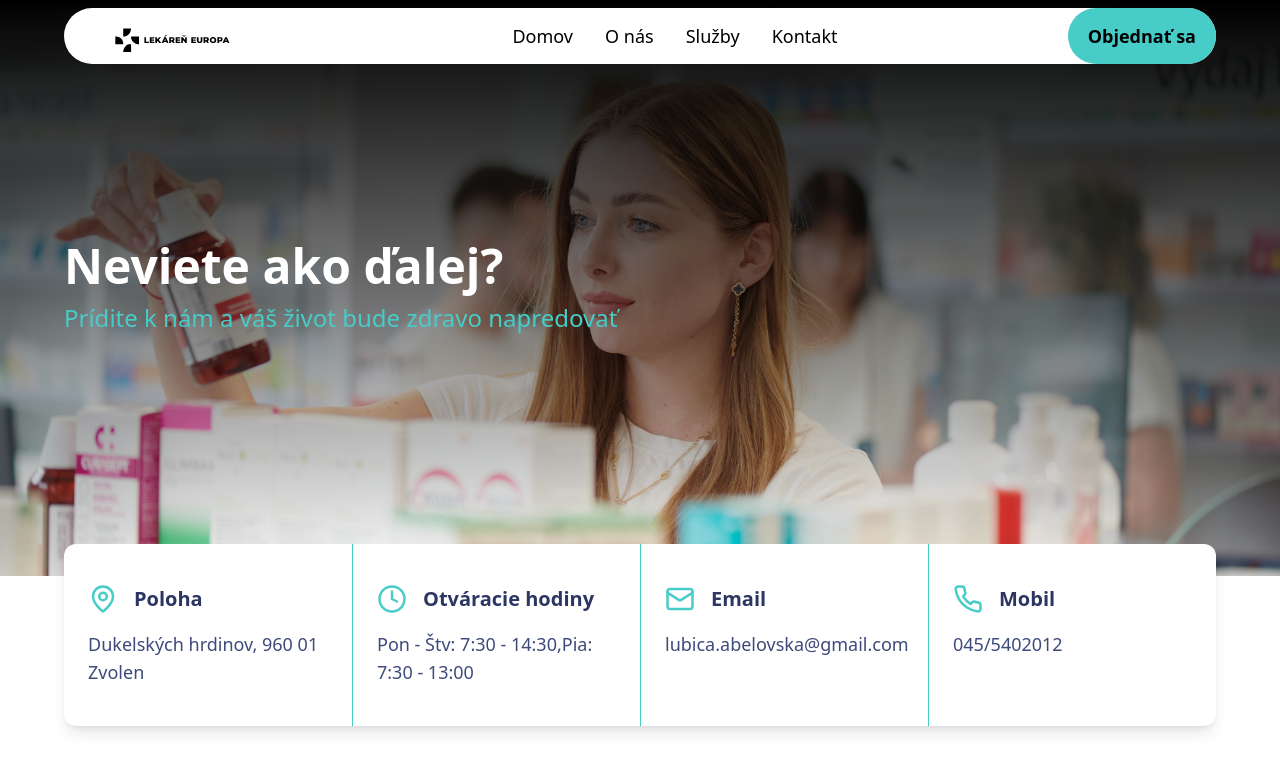
Repository: SimonSkoda13/Lekaren
Page: /
The author's editor kept a copy of each file at every save. The page is drawn from the files as they stood at one save, then again after the next save.
The browser window is 1280 px wide. The pictures show the whole page.
The project was rebuilt for these pictures with package versions that can differ from the ones it lists, and the page was loaded fresh each time. The framework's server and built-in components were replaced by stand-ins that run in the browser. Also part of the build but not shown: next.config.js.

Above is the page before, as saved 2023-04-22 19:28:16.

### src/app/layout.tsx
import { Header } from "./components/Header/Header";
import "./globals.css";
import { Poppins } from "next/font/google";

export const metadata = {
  title: "Create Next App",
  description: "Generated by create next app",
};

export default function RootLayout({
  children,
}: {
  children: React.ReactNode;
}) {
  return (
    <html lang="en">
      <body className="bg-white min-h-[100vh]">
        <Header />
        <main>{children}</main>
        <footer></footer>
      </body>
    </html>
  );
}

### src/app/page.tsx
import Image from "next/image";
import { Inter } from "next/font/google";
import { HomeHero } from "./components/HomeHero/HomeHero";
import { Contact } from "./components/Contact/Contact";
import { Phone, MapPin, Clock4, Mail } from "lucide-react";

const inter = Inter({ subsets: ["latin"] });

// page with

export default function Home() {
  return (
    <>
      <HomeHero
        title={"Neviete ako ďalej?"}
        image={"/homeBanner.jpg"}
        description={"Prídite k nám a váš život bude zdravo napredovať"}
      />
      <Contact
        items={[
          {
            title: "Poloha",
            link: "https://goo.gl/maps/L5p9gij7kJ6iXfnA9",
            description: "Dukelských hrdinov, 960 01 Zvolen",
            icon: <MapPin size={30} className="stroke-primary" />,
          },
          {
            title: "Otváracie hodiny",
            link: "https://goo.gl/maps/L5p9gij7kJ6iXfnA9",
            description: "Pon - Štv:  7:30 - 14:30,Pia: 7:30 - 13:00",
            icon: <Clock4 size={30} className="stroke-primary" />,
          },
          {
            title: "Email",
            link: "mailto:lubica.abelovska@gmail.com",
            description: "lubica.abelovska@gmail.com",
            icon: <Mail size={30} className="stroke-primary" />,
          },
          {
            title: "Mobil",
            description: "045/5402012",
            link: "tel:045/5402012",
            icon: <Phone size={30} className="stroke-primary" />,
          },
        ]}
      />
    </>
  );
}

### src/app/components/Header/Header.tsx
import Link from "next/link";
import React from "react";

export interface HeaderProps {}

export const Header = (props: HeaderProps) => {
  const {} = props;
  return (
    <header className="cntn fixed w-full top-2 z-10">
      <div className="flex bg-white rounded-full ">
        {/* logo */}
        <div className="flex justify-center items-center px-4">
          <Link href="/">
            <img src="/headerLogo.svg" alt="logo" className=" h-14" />
          </Link>
        </div>
        {/* nav */}
        <div className="py-2 px-4 flex gap-8 items-center mx-auto text-lg font-medium">
          <Link href="/">Domov</Link>
          <Link href="/onas">O nás</Link>
          <Link href="/sluzby">Služby</Link>
          <Link href="/kontakt">Kontakt</Link>
        </div>
        {/* button order self */}
        <div className="flex justify-center items-center px-5 p-0 bg-primary rounded-full text-lg font-bold">
          <Link href="/order">Objednať sa</Link>
        </div>
      </div>
    </header>
  );
};

### src/app/globals.css
@tailwind base;
@tailwind components;
@tailwind utilities;

@layer components {
  .cntn {
    @apply mx-auto px-4  max-w-screen-xl md:px-16;
  }
}

### src/app/components/HomeHero/HomeHero.tsx
import Image from "next/image";
import React from "react";
import { ImageGradient } from "./ImageGradient/ImageGradient";

export interface HomeHeroProps {
  title: string;
  image: string;
  description: string;
}

export const HomeHero = (props: HomeHeroProps) => {
  const { title, image, description } = props;
  return (
    <section className="relative h-[80vh] z-0 px-0">
      <div className="w-full h-full absolute left-0 top-0 ">
        {/* make filter for image to odd brightness from top biggest to bottom lowest */}
        <ImageGradient>
          <Image
            src={image}
            alt="Next.js logo"
            fill
            style={{
              objectFit: "cover",
              objectPosition: "center",
            }}
          />
        </ImageGradient>
      </div>
      <div className="cntn relative gap-3 h-full flex justify-center flex-wrap flex-col z-10">
        <h1 className="text-5xl font-bold text-white">{title}</h1>
        <p className="text-2xl text-primary">{description}</p>
      </div>
    </section>
  );
};

### src/app/components/Contact/Contact.tsx
import { Phone } from "lucide-react";
import { Url } from "next/dist/shared/lib/router/router";
import Image from "next/image";
import Link from "next/link";
import React, { ReactNode } from "react";

export interface ContactProps {
  items?: {
    title: string;
    description: string;
    icon: ReactNode;
    link?: string;
  }[];
}

export const Contact = (props: ContactProps) => {
  const { items } = props;
  return (
    <section className="cntn z-10 relative top-[-2rem]">
      <div className="w-full h-full grid grid-cols-2 md:grid-cols-4 items-start bg-white rounded-xl shadow-lg divide-x divide-primary">
        {items?.map((item) => (
          <Link href={item?.link as Url} className="h-full">
            <div className="flex flex-col items-start gap-4 p-6 py-10">
              <div className="flex w-full flex-row gap-4 items-center">
                {item.icon}
                <h2 className="text-xl font-bold text-secondary">
                  {item.title}
                </h2>
              </div>
              <p className="text-lg font-medium text-secondary-light">
                {item.description}
              </p>
            </div>
          </Link>
        ))}
      </div>
    </section>
  );
};

### src/app/components/HomeHero/ImageGradient/ImageGradient.tsx
import React from "react";

export interface ImageGradientProps {
  children: React.ReactNode;
}

export const ImageGradient = (props: ImageGradientProps) => {
  const { children } = props;
  return (
    <div className="relative w-full h-full overflow-hidden z-10">
      <div className="absolute inset-0 z-10 bg-gradient-to-b from-black"></div>
      {children}
    </div>
  );
};

### tailwind.config.js
/** @type {import('tailwindcss').Config} */
module.exports = {
  content: [
    "./src/pages/**/*.{js,ts,jsx,tsx,mdx}",
    "./src/components/**/*.{js,ts,jsx,tsx,mdx}",
    "./src/app/**/*.{js,ts,jsx,tsx,mdx}",
  ],
  theme: {
    extend: {
      colors: {
        primary: "#47CCC8",
        secondary: "#2D3663",
        "secondary-light": "#3D4A7C",
      },
    },
  },
  plugins: [],
};

Loaded but not shown: src/app/api/hello/route.ts (common file)

After the next save:
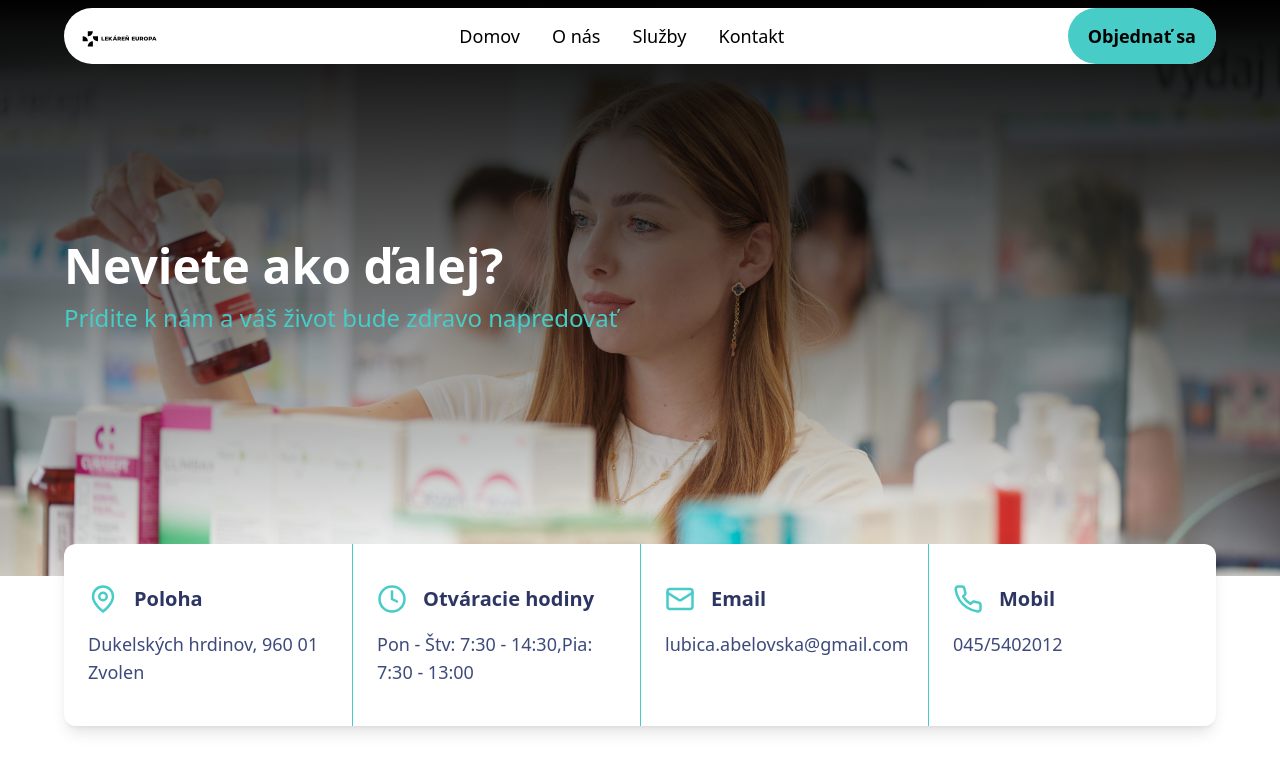
Saved 28 s later.
--- a/src/app/components/Header/Header.tsx
+++ b/src/app/components/Header/Header.tsx
@@ -11,7 +11,7 @@ export const Header = (props: HeaderProps) => {
         {/* logo */}
         <div className="flex justify-center items-center px-4">
           <Link href="/">
-            <img src="/headerLogo.svg" alt="logo" className=" h-14" />
+            <img src="/headerLogo.svg" alt="logo" className="w-20 h-14" />
           </Link>
         </div>
         {/* nav */}
